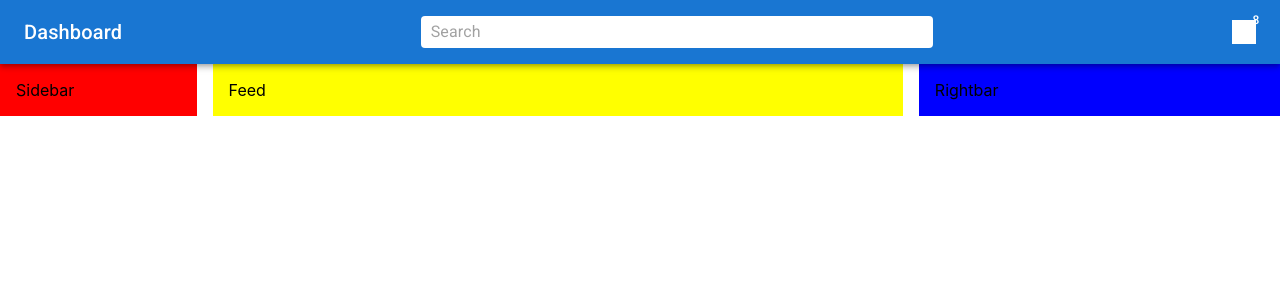
Repository: abubaker-cs/mui5_dashboard
Page: /
These files come from the project's save history. The page is drawn as it stood at one moment and after the next save; the edit follows.
The browser window is 1280 px wide. The pictures show the whole page.
The project was rebuilt for these pictures with package versions that can differ from the ones it lists, and the page was loaded fresh each time. Also part of the build but not shown: src/App.css.

Above is the page before, as saved 2022-07-17 06:17:03.

### public/index.html
<!DOCTYPE html>
<html lang="en">
  <head>
    <meta charset="utf-8" />
    <link rel="icon" href="%PUBLIC_URL%/favicon.ico" />
    <meta name="viewport" content="width=device-width, initial-scale=1" />
    <meta name="theme-color" content="#000000" />
    <meta
      name="description"
      content="Web site created using create-react-app"
    />
    <link rel="apple-touch-icon" href="%PUBLIC_URL%/logo192.png" />

    <link rel="manifest" href="%PUBLIC_URL%/manifest.json" />
    <link
      rel="stylesheet"
      href="https://fonts.googleapis.com/css?family=Roboto:300,400,500,700&display=swap"
    />
    <link
      rel="stylesheet"
      href="https://fonts.googleapis.com/icon?family=Material+Icons"
    />

    <title>React App</title>
  </head>
  <body>
    <noscript>You need to enable JavaScript to run this app.</noscript>
    <div id="root"></div>
  </body>
</html>

### src/App.js
import "./App.css";
import Sidebar from "./components/Sidebar";
import Feed from "./components/Feed";
import Rightbar from "./components/Rightbar";
import { Box, Stack } from "@mui/material";
import Navbar from "./components/Navbar";

function App() {
  return (
    <Box>
      <Navbar />
      <Stack direction="row" spacing={2} justifyContent="space-evenly">
        <Sidebar />
        <Feed />
        <Rightbar />
      </Stack>
    </Box>
  );
}

export default App;

### src/components/Sidebar.jsx
import { Box } from "@mui/material";
import React from "react";

const Sidebar = () => {
  return (
    <Box
      bgcolor="red"
      flex={1}
      p={2}
      sx={{ display: { xs: "none", sm: "block" } }}
    >
      Sidebar
    </Box>
  );
};

export default Sidebar;

### src/components/Feed.jsx
import { Box } from "@mui/material";
import React from "react";

const Feed = () => {
  return (
    <Box bgcolor="yellow" flex={4} p={2}>
      Feed
    </Box>
  );
};

export default Feed;

### src/components/Rightbar.jsx
import { Box } from "@mui/material";
import React from "react";

const Rightbar = () => {
  return (
    <Box
      bgcolor="blue"
      flex={2}
      p={2}
      sx={{ display: { xs: "none", sm: "block" } }}
    >
      Rightbar
    </Box>
  );
};

export default Rightbar;

### src/components/Navbar.jsx
import { Dashboard, Mail } from "@mui/icons-material";
import {
  AppBar,
  Toolbar,
  styled,
  Typography,
  Box,
  InputBase,
  Badge,
} from "@mui/material";
import React from "react";

// Base styles for custom Toolbar wrapper | flex justify = space-between
const StyledToolbar = styled(Toolbar)({
  display: "flex",
  justifyContent: "space-between",
});

//
const Search = styled("div")(({ theme }) => ({
  backgroundColor: "white",
  padding: "0 10px",
  borderRadius: theme.shape.borderRadius,
  width: "40%",
}));

const Icons = styled(Box)(({ theme }) => ({
  backgroundColor: "white",
}));

const Navbar = () => {
  return (
    <AppBar position="sticky">
      <StyledToolbar>
        <Typography
          variant="h6"
          sx={{
            display: {
              xs: "none",
              sm: "block",
            },
          }}
        >
          Dashboard
        </Typography>
        <Dashboard
          sx={{
            display: {
              xs: "block",
              sm: "none",
            },
          }}
        />
        <Search>
          <InputBase placeholder="Search" />
        </Search>
        <Icons>
          <Badge badgeContent={8}>
            <Mail />
          </Badge>
        </Icons>
      </StyledToolbar>
    </AppBar>
  );
};

export default Navbar;

Loaded but not shown: src/index.js (common file); src/index.css (common file)

After the next save:
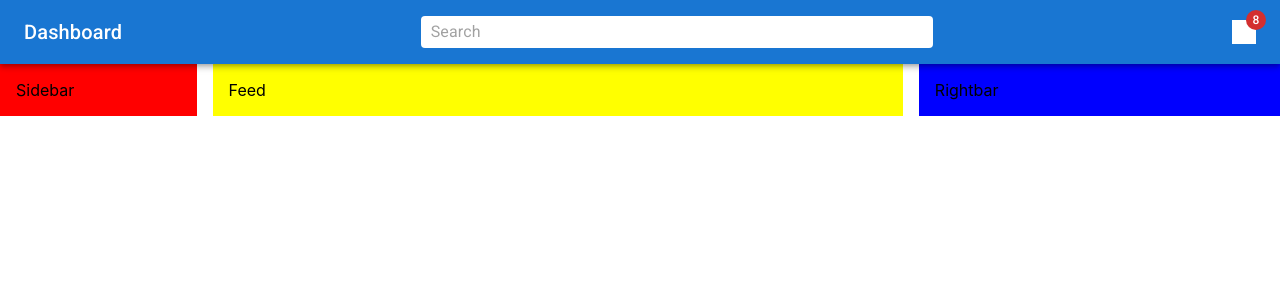
Saved 9 s later.
--- a/src/components/Navbar.jsx
+++ b/src/components/Navbar.jsx
@@ -55,7 +55,7 @@ const Navbar = () => {
           <InputBase placeholder="Search" />
         </Search>
         <Icons>
-          <Badge badgeContent={8}>
+          <Badge badgeContent={8} color="error">
             <Mail />
           </Badge>
         </Icons>
